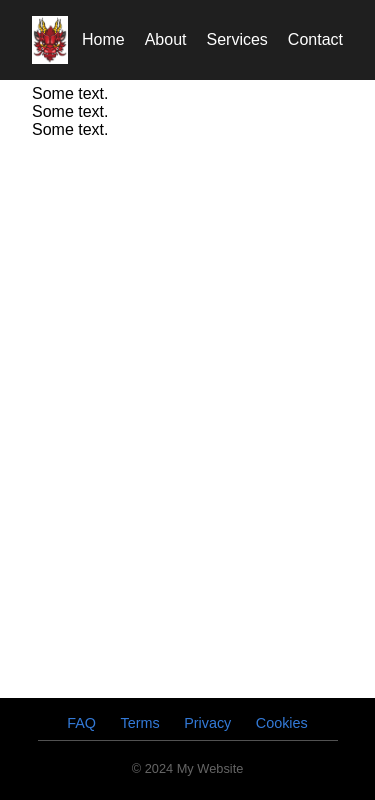
Repository: andreamm-lab/css-positioning-examples-2025-10
Page: index.html
The author's editor kept a copy of each file at every save. The page is drawn from the files as they stood at one save, then again after the next save.
The browser window is 375 px wide. The pictures show the whole page.

Above is the page before, as saved 2025-11-10 19:15:11.

After the next save:
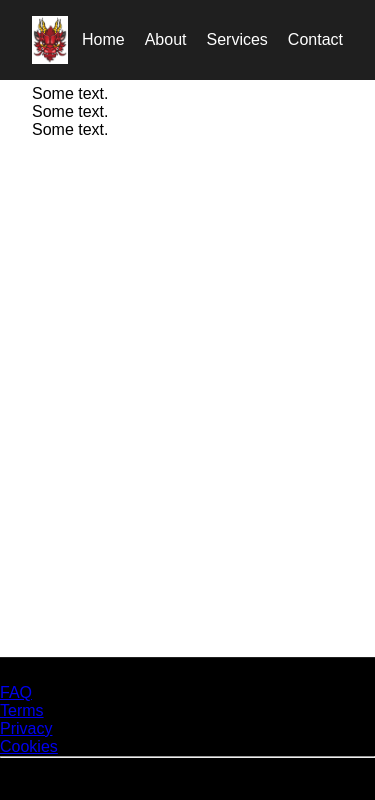
Saved 7 min 59 s later.
--- a/main.css
+++ b/main.css
@@ -241,53 +241,75 @@ main.page {
 
 
 /* 3.---------------------- Footer ---------------------- */
-#main-footer {
-    background-color: #000000;
-    color: #656565;
+
+footer {
+    background-color: #000;                  /* fondo oscuro uniforme */
+    padding: 26px 0 24px;                    /* aire arriba y abajo */
+    border-top: 1px solid #222;              /* sutil línea superior */
+    width: 100%;
+}
+
+/* LINKS DEL FOOTER */
+.footer-links {
+    display: flex;
+    justify-content: center;                 /* centra horizontalmente */
+    gap: 24px;                               /* separación entre links */
+    margin: 0 auto 14px;                     /* centra y agrega espacio con el texto */
+    padding-bottom: 0;
+    max-width: 500px;                        /* evita que se expandan mucho */
+    border-bottom: 1px solid rgba(255,255,255,0.12); /* línea más fina y suave */
+}
+
+/* ESTILO DE LOS ENLACES */
+.footer-links a {
+    color: #5cb3cc;                          /* azul claro */
+    text-decoration: none;
+    font-size: 14px;                         /* tamaño similar al menú principal */
+    transition: color 0.3s ease;
+    cursor: pointer;
+}
+
+.footer-links a:hover {
+    color: #FF00FF;                          /* color de acento al pasar el mouse */
+}
+
+/* COPYRIGHT */
+.copyright {
     text-align: center;
-    padding: 16px 0 24px;
-    margin: 0;
-    width: 100%;
-}
-
-#main-footer nav {
-    background: none;
-    padding: 0;
-    margin: 0 auto;
-}
-
-/* FAQ, Terms, etc. */
-#main-footer nav ul {
-    display: inline-block;
-    list-style: none;
-    margin: 0; /* Distance between FAQ text and white line */
-    padding: 0;
-    /*border-bottom: 1px solid white */ /*another option to do it*/;
-}
-
-#main-footer nav ul li {
-    display: inline-block;
-    margin: 0 10px;  /*Distance between words in footer: FAQ, Terms, etc. */
-}
-
-#main-footer nav ul li a {
-    color: rgb(51, 122, 216); /* Text color */
-    text-decoration: none;
-    font-size: 0.9rem;
-}
-
-/* Line separation */
-.footer-line {
-  border: none;
-  border-top: 1px solid rgba(204, 204, 204, 0.4); /* mismo grosor, más suave */
-  width: 80%;
-  margin: 8px auto 12px;
-}
-
-
-/* Last Line Text: My Website */
-#main-footer p {
-    font-size: 0.8rem;
-    margin: 0;
-    padding-top: 8px;
-}
+    color: #888;                             /* gris suave */
+    font-size: 12px;
+    margin-top: 10px;                        /* espacio entre la línea y el texto */
+    letter-spacing: 0.3px;                   /* sutil separación entre letras */
+}
+
+/* RESPONSIVE FOOTER */
+@media (max-width: 768px) {
+    .footer-links {
+        flex-wrap: wrap;                     /* los links bajan si no entran */
+        gap: 20px;
+        max-width: 80%;
+    }
+
+    .footer-links a {
+        font-size: 13px;
+    }
+
+    .copyright {
+        font-size: 11px;
+    }
+}
+
+@media (max-width: 480px) {
+    .footer-links {
+        gap: 15px;
+        max-width: 90%;
+    }
+
+    .footer-links a {
+        font-size: 12px;
+    }
+
+    .copyright {
+        font-size: 10.5px;
+    }
+}
